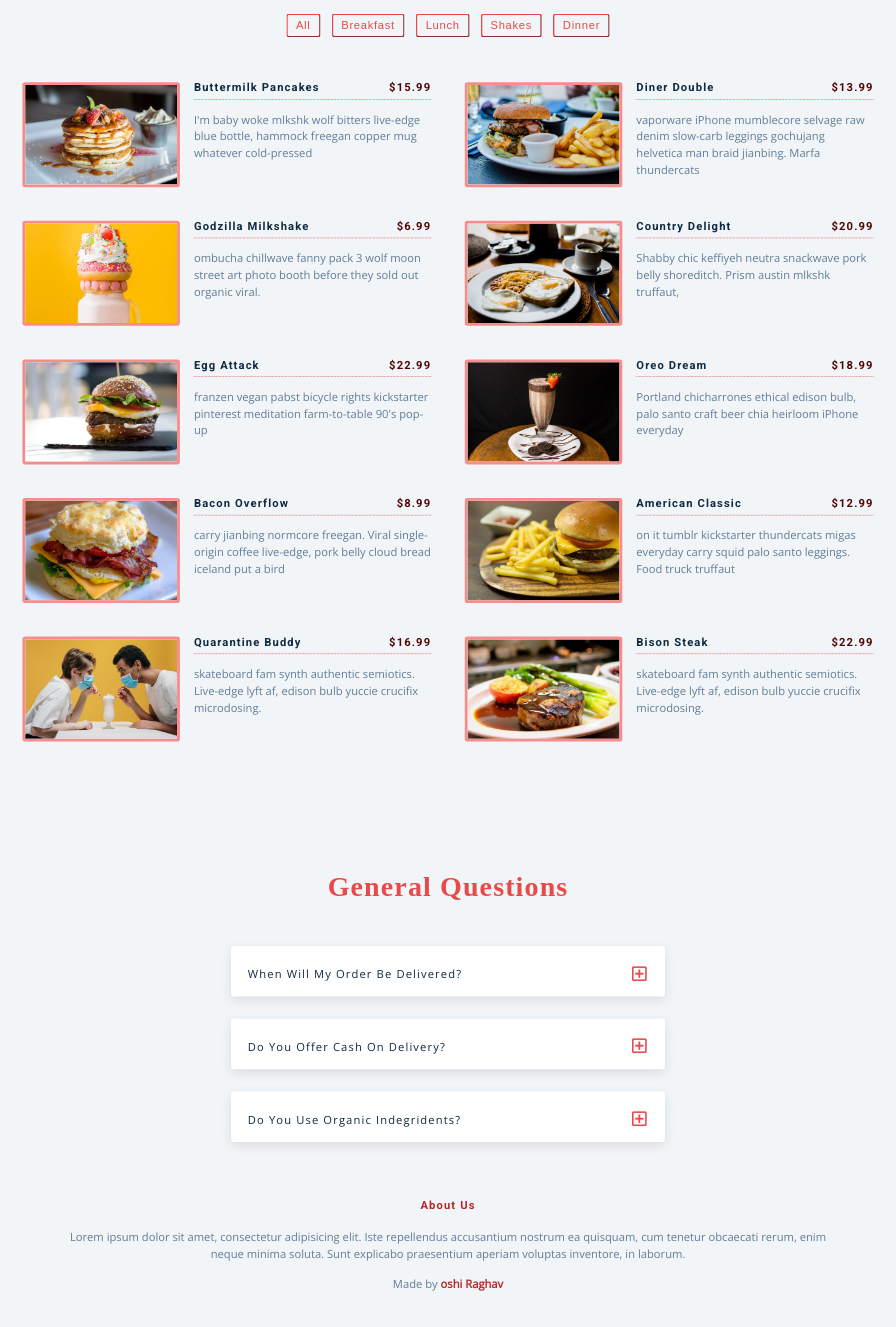
Repository: xoshiraghavx/Food-you
Page: index.html
An editor plug-in stored every save of this project. The page is shown before and after a run of saves, followed by the edit.
The browser window is 1280 px wide. The pictures show the part of the page from y = 1009 to 2929 px (the page is 2905 px tall before and 2929 px after), at 70% of full size.
Some web libraries are served in a nearby version.

Above is the page before, as saved 2022-12-03 08:42:33.

### index.html
<!DOCTYPE html>
<html lang="en">
  <head>
    <meta charset="UTF-8" />
    <meta name="viewport" content="width=device-width, initial-scale=1.0" />
    <title>interior design</title>
    <!-- font-awesome -->
    <link
      rel="stylesheet"
      href="https://cdnjs.cloudflare.com/ajax/libs/font-awesome/5.14.0/css/all.min.css"
    />

    <!-- styles -->
    <link rel="stylesheet" href="styles.css" />
  </head>
  <body>
<nav>
  <div class="nav-center">
    <div class="nav-header">
      <div class="logo-div">
      <img src="./img/logo.png" alt="logo" class="logo">
      <div class="logo-name">
      <p><span id="color"><b>FOOD </b><br><i>& you</i></span></p>
    </div>
    </div>
      <button class="nav-toggle">
        <i class="fas fa-bars"></i>
      </button>
    </div>
    <!-- links -->
    <ul class="links">

      <li>
        <a href="index.html">home</a>
      </li>
      <li>
        <a href="about.html">about</a>
      </li>
      <li>
        <a href="contact.html">contact</a>
      </li>
    </ul>
    <!-- social media -->
    <ul class="social-icons">
      <li>
        <a href="https://www.facebook.com">
          <i class="fab fa-facebook"></i>
        </a>
      </li>
      <li>
        <a href="https://www.twitter.com">
          <i class="fab fa-twitter"></i>
        </a>
      </li>
      <li>
        <a href="https://www.twitter.com">
          <i class="fab fa-behance"></i>
        </a>
      </li>
      <li>
        <a href="https://www.linkedin.com">
          <i class="fab fa-linkedin"></i>
        </a>
      </li>
      <li>
        <a href="https://www.twitter.com">
          <i class="fab fa-sketch"></i>
        </a>
      </li>
    </ul>
  </div>
</nav>
<header class="hero">
  <div class="banner">
    <h2>Looking for some food!</h2>
    <button class="btn modal-btn">Order Now</button>
  </div>
</header>
<div class="modal-overlay">
  <div class="modal-container">
    <br>
    <h3>Title</h3>
    <p>Lorem ipsum dolor sit amet consectetur adipisicing elit. Illo deleniti eum mollitia distinctio! Nesciunt dolor minima animi esse officia! Recusandae? Lorem ipsum dolor sit amet consectetur, adipisicing elit. Aspernatur, hic.</p>
    <button class="close-btn">
      <i class="fas fa-times"> </i>
    </button>
  </div>
</div>
<section class="menu">
  <div class="title">
    <h2>Our Menu</h2>
    <div class="underline"></div>
  </div>
  <div class="btn-container">
    <!-- <button class="filter-btn" type="button" data-id="all">all</button>
    <button class="filter-btn" type="button"data-id="breakfast">breakfast</button>
    <button class="filter-btn" type="button" data-id="lunch">lunch</button>
    <button class="filter-btn" type="button" data-id="shakes">shakes</button> -->
  </div>
    <div class="section-center">
      <!-- <article class="menu-item">
        <img src="./menu-item.jpeg" class="photo" alt="menu item">
        <div class="item-info">
          <header>
            <h4>buttermilk pancakes</h4>
            <h4 class="price">Rs 600/-</h4>
          </header>
          <p class="item-text">Lorem ipsum, dolor sit amet consectetur adipisicing elit. Dolore totam aliquid ut eius architecto magni cumque explicabo voluptate, repudiandae harum.</p>
        </div>
      </article> -->
    </div>
</section>
<section class="questions">
  <div class="title">
    <h2>general questions</h2>
  </div>
  <div class="question-center">
    <article class="question">
      <div class="question-title">
      <p>When will my order be delivered?</p>
      <button type="button" class="question-btn">
        <span class="plus-icon">
      <i class="far fa-plus-square"></i>
        </span>

        <span class="minus-icon">
      <i class="far fa-minus-square"></i>
        </span>

      </button>
    </div>
    <div class="question-text">
      <p>Estimated delivery are given against each products. While sincere efforts are being made to deliver the products within the given time frame factors like, availability, festive seasons, courier delays are bound to happen. These factors are constantly monitored to keep any inordinate delays under control.</p>
    </div>
    </article>
    <article class="question">
      <div class="question-title">
      <p>Do you offer Cash on Delivery?</p>
      <button type="button" class="question-btn">
        <span class="plus-icon">
      <i class="far fa-plus-square"></i>
        </span>

        <span class="minus-icon">
      <i class="far fa-minus-square"></i>
        </span>

      </button>
    </div>
    <div class="question-text">
      <p>Yes. We offer Cash on Delivery which most of the other websites don't offer.</p>
    </div>
    </article>
    <article class="question">
      <div class="question-title">
      <p>do you use organic indegridents?</p>
      <button type="button" class="question-btn">
        <span class="plus-icon">
      <i class="far fa-plus-square"></i>
        </span>

        <span class="minus-icon">
      <i class="far fa-minus-square"></i>
        </span>

      </button>
    </div>
    <div class="question-text">
      <p>We deliver the products that are fresh and systems are kept in place to source the best products and safely consign them to you. We don't stock the products but place once we receive orders.</p>
    </div>
    </article>
  </div>
</section>
<!-- --------footer--------- -->
<section class="footer">
  <h4 id="color">About Us</h4>
  <p>Lorem ipsum dolor sit amet, consectetur adipisicing elit. Iste repellendus accusantium nostrum ea quisquam, cum tenetur obcaecati rerum, enim <br> neque minima soluta. Sunt explicabo praesentium aperiam voluptas inventore, in laborum.</p>
  <!-- <div class="icons">
      <i class="fas fa-facebook" aria-hidden="true"></i>
      <i class="fas fa-twitter" aria-hidden="true"></i>
      <i class="fa fa-instagram" aria-hidden="true"></i>
      <i class="fa fa-youtube" aria-hidden="true"></i>
  </div> -->
  <p>Made by <b id="color">oshi Raghav</b></p>
</section>
<!-- javascript -->
    <script src="app.js"></script>
  </body>
</html>

### styles.css
/*
===============
Fonts
===============
*/
@import url('https://fonts.googleapis.com/css?family=Open+Sans|Roboto:400,700&display=swap');

/*
===============
Variables
===============
*/

:root {
  /* dark shades of primary color*/
  --clr-primary-1: hsl(0, 86%, 17%);
  --clr-primary-2: hsl(0, 77%, 27%);
  --clr-primary-3: hsl(0, 72%, 37%);
  --clr-primary-4: hsl(0, 63%, 48%);
  /* primary/main color */
  --clr-primary-5: hsl(0, 78%, 60%);
  /* lighter shades of primary color */
  --clr-primary-6: hsl(0, 90%, 70%);
  --clr-primary-7: hsl(0, 90%, 76%);
  --clr-primary-8: hsl(0, 86%, 81%);
  --clr-primary-9: hsl(0, 90%, 88%);
  --clr-primary-10: hsl(0, 100%, 96%);
  /* darkest grey - used for headings */
  --clr-grey-1: hsl(209, 61%, 16%);
  --clr-grey-2: hsl(211, 39%, 23%);
  --clr-grey-3: hsl(209, 34%, 30%);
  --clr-grey-4: hsl(209, 28%, 39%);
  /* grey used for paragraphs */
  --clr-grey-5: hsl(210, 22%, 49%);
  --clr-grey-6: hsl(209, 23%, 60%);
  --clr-grey-7: hsl(211, 27%, 70%);
  --clr-grey-8: hsl(210, 31%, 80%);
  --clr-grey-9: hsl(212, 33%, 89%);
  --clr-grey-10: hsl(210, 36%, 96%);
  --clr-white: #fff;
  --clr-red-dark: hsl(360, 67%, 44%);
  --clr-red-light: hsl(360, 71%, 66%);
  --clr-green-dark: hsl(125, 67%, 44%);
  --clr-green-light: hsl(125, 71%, 66%);
  --clr-black: #222;
  --ff-primary: 'Roboto', sans-serif;
  --ff-secondary: 'Open Sans', sans-serif;
  --transition: all 0.3s linear;
  --spacing: 0.1rem;
  --radius: 0.25rem;
  --light-shadow: 0 5px 15px rgba(0, 0, 0, 0.1);
  --dark-shadow: 0 5px 15px rgba(0, 0, 0, 0.2);
  --max-width: 1170px;
  --fixed-width: 620px;
}
/*
===============
Global Styles
===============
*/

*,
::after,
::before {
  margin: 0;
  padding: 0;
  box-sizing: border-box;
}
body {
  font-family: var(--ff-secondary);
  background: var(--clr-grey-10);
  color: var(--clr-grey-1);
  line-height: 1.5;
  font-size: 0.875rem;
}
ul {
  list-style-type: none;
}
a {
  text-decoration: none;
}
img:not(.logo) {
  width: 100%;
}
img {
  display: block;
}
h1,
h2,
h3,
h4 {
  letter-spacing: var(--spacing);
  text-transform: capitalize;
  line-height: 1.25;
  margin-bottom: 0.75rem;
  font-family: var(--ff-primary);
}
h1 {
  font-size: 3rem;
}
h2 {
  font-size: 2rem;
}
h3 {
  font-size: 1.25rem;
}
h4 {
  font-size: 0.875rem;
}
p {
  margin-bottom: 1.25rem;
  color: var(--clr-grey-5);
}
@media screen and (min-width: 800px) {
  h1 {
    font-size: 4rem;
  }
  h2 {
    font-size: 2.5rem;
  }
  h3 {
    font-size: 1.75rem;
  }
  h4 {
    font-size: 1rem;
  }
  body {
    font-size: 1rem;
  }
  h1,
  h2,
  h3,
  h4 {
    line-height: 1;
  }
}
/*  global classes */
.btn {
  text-transform: uppercase;
  background: transparent;
  color: var(--clr-black);
  padding: 0.375rem 0.75rem;
  letter-spacing: var(--spacing);
  display: inline-block;
  transition: var(--transition);
  font-size: 0.875rem;
  border: 2px solid var(--clr-black);
  cursor: pointer;
  box-shadow: 0 1px 3px rgba(0, 0, 0, 0.2);
  border-radius: var(--radius);
}
.btn:hover {
  color: var(--clr-white);
  background: var(--clr-black);
}
/* section */
.section {
  padding: 5rem 0;
}


@media screen and (min-width: 992px) {
  .section-center .question-center {
    width: 95vw;
  }
}
main {
  min-height: 100vh;
  display: grid;
  place-items: center;
}

/*
===============
Navbar
===============
*/
nav {
  background: var(--clr-white);
  box-shadow: var(--light-shadow);
  position: fixed;
  width: 100%;
}
.nav-header {
  display: flex;
  align-items: center;
  justify-content: space-between;
  padding: 1rem;
}
.nav-toggle {
  font-size: 1.5rem;
  color: var(--clr-primary-5);
  background: transparent;
  border-color: transparent;
  transition: var(--transition);
  cursor: pointer;
}
.nav-toggle:hover {
  color: var(--clr-primary-1);
  transform: rotate(90deg);
}
.logo-div{
  display: flex;
}
.logo {
  height: 90px;
  width: 90px;
}
.logo-name{
  margin-top: 20px;
}
#color{
  color: var(--clr-red-dark);

}
.links a {
  color: var(--clr-grey-3);
  font-size: 1rem;
  text-transform: capitalize;
  letter-spacing: var(--spacing);
  display: block;
  padding: 0.5rem 1rem;
  transition: var(--transition);
}
.links a:hover {
  background: var(--clr-primary-8);
  color: var(--clr-primary-5);
  padding-left: 1.5rem;
}
.social-icons {
  display: none;
}
.links {
  height: 0;
  overflow: hidden;
  transition: var(--transition);
}
.show-links {
  height: 10rem;
}
@media screen and (min-width: 800px) {
  .nav-center {
    max-width: 1170px;
    margin: 0 auto;
    display: flex;
    align-items: center;
    justify-content: space-between;
    padding: 1rem;
  }
  .nav-header {
    padding: 0;
  }
  .nav-toggle {
    display: none;
  }
  .links {
    height: auto;
    display: flex;
  }
  .links a {
    padding: 0;
    margin: 0 0.5rem;
  }
  .links a:hover {
    padding: 0;
    background: transparent;
  }

  .social-icons {
    display: flex;
  }
  .social-icons a {
    margin: 0 0.5rem;
    color: var(--clr-primary-4);
    transition: var(--transition);
  }
  .social-icons a:hover {
    color: var(--clr-primary-7);
  }
}
/* modal css  */
.hero {
  height: 100vh;
  background: linear-gradient(rgba(4, 9, 30, 0.421),rgba(4, 9, 30, 0.421)),url("https://discovertemplate.com/wp-content/uploads/2020/11/DT_G62_Food-drink-Animated-GIF-Icon-Pack.gif") center/cover no-repeat;
  display: grid;
  place-items: center;
}
.banner {
  background: var(--clr-white);
  padding: 4rem 0;
  border-radius: var(--radius);
  box-shadow: var(--light-shadow);
  text-align: center;
  width: 90vw;
  max-width: var(--fixed-width);
}
.modal-btn {
  margin-top: 2rem;
  background: var(--clr-primary-5);
  border-color: var(--clr-primary-5);
  color: var(--clr-white);
}
.modal-btn:hover {
  background: transparent;
  color: var(--clr-primary-5);
}
.modal-overlay {
  position: fixed;
  top: 0;
  left: 0;
  width: 100%;
  height: 100%;
  background: hsla(209, 61%, 16%, 0.77);
  display: grid;
  place-items: center;
  transition: var(--transition);
  visibility: hidden;
  z-index: -10;
}
/* OPEN/CLOSE MODAL */
.open-modal {
  visibility: visible;
  z-index: 10;
}
.modal-container {
  background: var(--clr-white);
  border-radius: var(--radius);
  width: 90vw;
  height: 30vh;
  max-width: var(--fixed-width);
  text-align: center;
  display: grid;
  place-items: center;
  position: relative;
}
.close-btn {
  position: absolute;
  top: 1rem;
  right: 1rem;
  font-size: 2rem;
  background: transparent;
  border-color: transparent;
  color: var(--clr-red-dark);
  cursor: pointer;
  transition: var(--transition);
}
.close-btn:hover {
  color: var(--clr-red-light);
  transform: scale(1.3);
}
/* menu css */

.menu {
  padding: 5rem 0;
}
.title {
  text-align: center;
  margin-bottom: 2rem;
}
.underline {
  width: 5rem;
  height: 0.25rem;
  background: var(--clr-primary-8);
  margin-left: auto;
  margin-right: auto;
}
.btn-container {
  margin-bottom: 4rem;
  display: flex;
  justify-content: center;
}
.filter-btn {
  background: transparent;
  border-color: var(--clr-primary-5);
  font-size: 1rem;
  text-transform: capitalize;
  margin: 0 0.5rem;
  letter-spacing: 1px;
  border-radius: var(--radius);
  padding: 0.375rem 0.75rem;
  color: var(--clr-primary-5);
  cursor: pointer;
  transition: var(--transition);
}
.filter-btn:hover {
  background: var(--clr-primary-5);
  color: var(--clr-white);
}
.section-center .question-center{
  width: 90vw;
  max-width: 1170px;
}
.section-center{
  display: grid;
  margin: 0 auto;
  gap: 3rem 3rem;
  justify-items: center;
}
.menu-item {
  display: grid;
  gap: 1rem 2rem;
  max-width: 25rem;
}
.photo {
  object-fit: cover;
  height: 200px;
  border: 0.25rem solid var(--clr-primary-7);
  border-radius: var(--radius);
}
.item-info header {
  display: flex;
  justify-content: space-between;
  border-bottom: 0.5px dotted var(--clr-primary-5);
}
.item-info h4 {
  margin-bottom: 0.5rem;
}
.price {
  color: var(--clr-primary-1);
}
.item-text {
  margin-bottom: 0;
  padding-top: 1rem;
}

@media screen and (min-width: 768px) {
  .menu-item {
    grid-template-columns: 225px 1fr;
    gap: 0 1.25rem;
    max-width: 40rem;
  }
  .photo {
    height: 175px;
  }
}
@media screen and (min-width: 1200px) {
  .section-center {
    width: 95vw;
    grid-template-columns: 1fr 1fr;
  }
  .photo {
    height: 150px;
  }
}

/*
===============
Questions
===============
*/
.title {
  margin-top: 15vh;
  margin-bottom: 4rem;
}
.title h2 {
  color: var(--clr-primary-5);
  font-family: "Great Vibes", cursive;
  text-align: center;
}
.question-center {
  max-width: var(--fixed-width);
  margin: 0 auto;
}
.question {
  background: var(--clr-white);
  border-radius: var(--radius);
  box-shadow: var(--light-shadow);
  padding: 1.5rem 1.5rem 0 1.5rem;
  margin-bottom: 2rem;
}
.question-title {
  display: flex;
  justify-content: space-between;
  align-items: center;
  text-transform: capitalize;
  padding-bottom: 1rem;
}
.question-title p {
  margin-bottom: 0;
  letter-spacing: var(--spacing);
  color: var(--clr-grey-1);
}
.question-btn {
  font-size: 1.5rem;
  background: transparent;
  border-color: transparent;
  cursor: pointer;
  color: var(--clr-primary-5);
  transition: var(--transition);
}
.question-btn:hover {
  transform: rotate(90deg);
}
.question-text {
  padding: 1rem 0 1.5rem 0;
  border-top: 1px solid rgba(0, 0, 0, 0.2);
}
.question-text p {
  margin-bottom: 0;
}
/* hide text */
.question-text {
  display: none;
}
.show-text .question-text {
  display: block;
}
.minus-icon {
  display: none;
}
.show-text .minus-icon {
  display: inline;
}
.show-text .plus-icon {
  display: none;
}
/* ---------footer----------- */
.footer{
  width: 100%;
  text-align: center;
  padding: 30px 0;
}
.footer h4{
  margin-bottom: 25px;
  margin-top: 20px;
  font-weight: 600;
}
/* .icons .fa{
  color: #f44336;
  margin: 0 13px;
  cursor: pointer;
  padding: 18px 0;
}
.fa-heart-o{
  color: #f44336;
} */

### app.js
// // classList - shows/gets all classes
// // contains - checks classList for specific class
// // add - add class
// // remove - remove class
// // toggle - toggles class

const navToggle = document.querySelector(".nav-toggle");
const links = document.querySelector(".links");

navToggle.addEventListener('click', () =>{
    links.classList.toggle("show-links")
})


// // modal js

const modalBtn = document.querySelector(".modal-btn");
const modal      = document.querySelector(".modal-overlay");
const closeBtn = document.querySelector(".close-btn");

modalBtn.addEventListener('click',() =>{
    modal.classList.add('open-modal');
})
closeBtn.addEventListener('click',() =>{
    modal.classList.remove('open-modal');
})
//menu
const menu = [
    {
      id: 1,
      title: "buttermilk pancakes",
      category: "breakfast",
      price: 15.99,
      img: "./img/item-1.jpeg",
      desc: `I'm baby woke mlkshk wolf bitters live-edge blue bottle, hammock freegan copper mug whatever cold-pressed `,
    },
    {
      id: 2,
      title: "diner double",
      category: "lunch",
      price: 13.99,
      img: "./img/item-2.jpeg",
      desc: `vaporware iPhone mumblecore selvage raw denim slow-carb leggings gochujang helvetica man braid jianbing. Marfa thundercats `,
    },
    {
      id: 3,
      title: "godzilla milkshake",
      category: "shakes",
      price: 6.99,
      img: "./img/item-3.jpeg",
      desc: `ombucha chillwave fanny pack 3 wolf moon street art photo booth before they sold out organic viral.`,
    },
    {
      id: 4,
      title: "country delight",
      category: "breakfast",
      price: 20.99,
      img: "./img/item-4.jpeg",
      desc: `Shabby chic keffiyeh neutra snackwave pork belly shoreditch. Prism austin mlkshk truffaut, `,
    },
    {
      id: 5,
      title: "egg attack",
      category: "lunch",
      price: 22.99,
      img: "./img/item-5.jpeg",
      desc: `franzen vegan pabst bicycle rights kickstarter pinterest meditation farm-to-table 90's pop-up `,
    },
    {
      id: 6,
      title: "oreo dream",
      category: "shakes",
      price: 18.99,
      img: "./img/item-6.jpeg",
      desc: `Portland chicharrones ethical edison bulb, palo santo craft beer chia heirloom iPhone everyday`,
    },
    {
      id: 7,
      title: "bacon overflow",
      category: "breakfast",
      price: 8.99,
      img: "./img/item-7.jpeg",
      desc: `carry jianbing normcore freegan. Viral single-origin coffee live-edge, pork belly cloud bread iceland put a bird `,
    },
    {
      id: 8,
      title: "american classic",
      category: "lunch",
      price: 12.99,
      img: "./img/item-8.jpeg",
      desc: `on it tumblr kickstarter thundercats migas everyday carry squid palo santo leggings. Food truck truffaut  `,
    },
    {
      id: 9,
      title: "quarantine buddy",
      category: "shakes",
      price: 16.99,
      img: "./img/item-9.jpeg",
      desc: `skateboard fam synth authentic semiotics. Live-edge lyft af, edison bulb yuccie crucifix microdosing.`,
    },
    {
      id: 10,
      title: "bison steak",
      category: "dinner",
      price: 22.99,
      img: "./img/item-10.jpeg",
      desc: `skateboard fam synth authentic semiotics. Live-edge lyft af, edison bulb yuccie crucifix microdosing.`,
    },
  ];
  // get parent element
  const sectionCenter = document.querySelector(".section-center");
  const btnContainer = document.querySelector(".btn-container");
  // display all items when page loads
  window.addEventListener("DOMContentLoaded", function () {
    diplayMenuItems(menu);
    displayMenuButtons();
  });

  function diplayMenuItems(menuItems) {
    let displayMenu = menuItems.map(function (item) {
      // console.log(item);

      return `<article class="menu-item">
            <img src=${item.img} alt=${item.title} class="photo" />
            <div class="item-info">
              <header>
                <h4>${item.title}</h4>
                <h4 class="price">$${item.price}</h4>
              </header>
              <p class="item-text">
                ${item.desc}
              </p>
            </div>
          </article>`;
    });
    displayMenu = displayMenu.join("");
    // console.log(displayMenu);

    sectionCenter.innerHTML = displayMenu;
  }
  function displayMenuButtons() {
    const categories = menu.reduce(
      function (values, item) {
        if (!values.includes(item.category)) {
          values.push(item.category);
        }
        return values;
      },
      ["all"]
    );
    const categoryBtns = categories
      .map(function (category) {
        return `<button type="button" class="filter-btn" data-id=${category}>
            ${category}
          </button>`;
      })
      .join("");

    btnContainer.innerHTML = categoryBtns;
    const filterBtns = btnContainer.querySelectorAll(".filter-btn");
    // console.log(filterBtns);

    filterBtns.forEach(function (btn) {
      btn.addEventListener("click", function (e) {
        // console.log(e.currentTarget.dataset);
        const category = e.currentTarget.dataset.id;
        const menuCategory = menu.filter(function (menuItem) {
          // console.log(menuItem.category);
          if (menuItem.category === category) {
            return menuItem;
          }
        });
        if (category === "all") {
          diplayMenuItems(menu);
        } else {
          diplayMenuItems(menuCategory);
        }
      });
    });
  }




// //questions css

const btns = document.querySelectorAll(".question-btn");

btns.forEach(function (btn) {
    btn.addEventListener('click', function (e) {
        const question =( e.currentTarget.parentElement.parentElement);
        question.classList.toggle("show-text");
    });
});

After the next 3 saves:
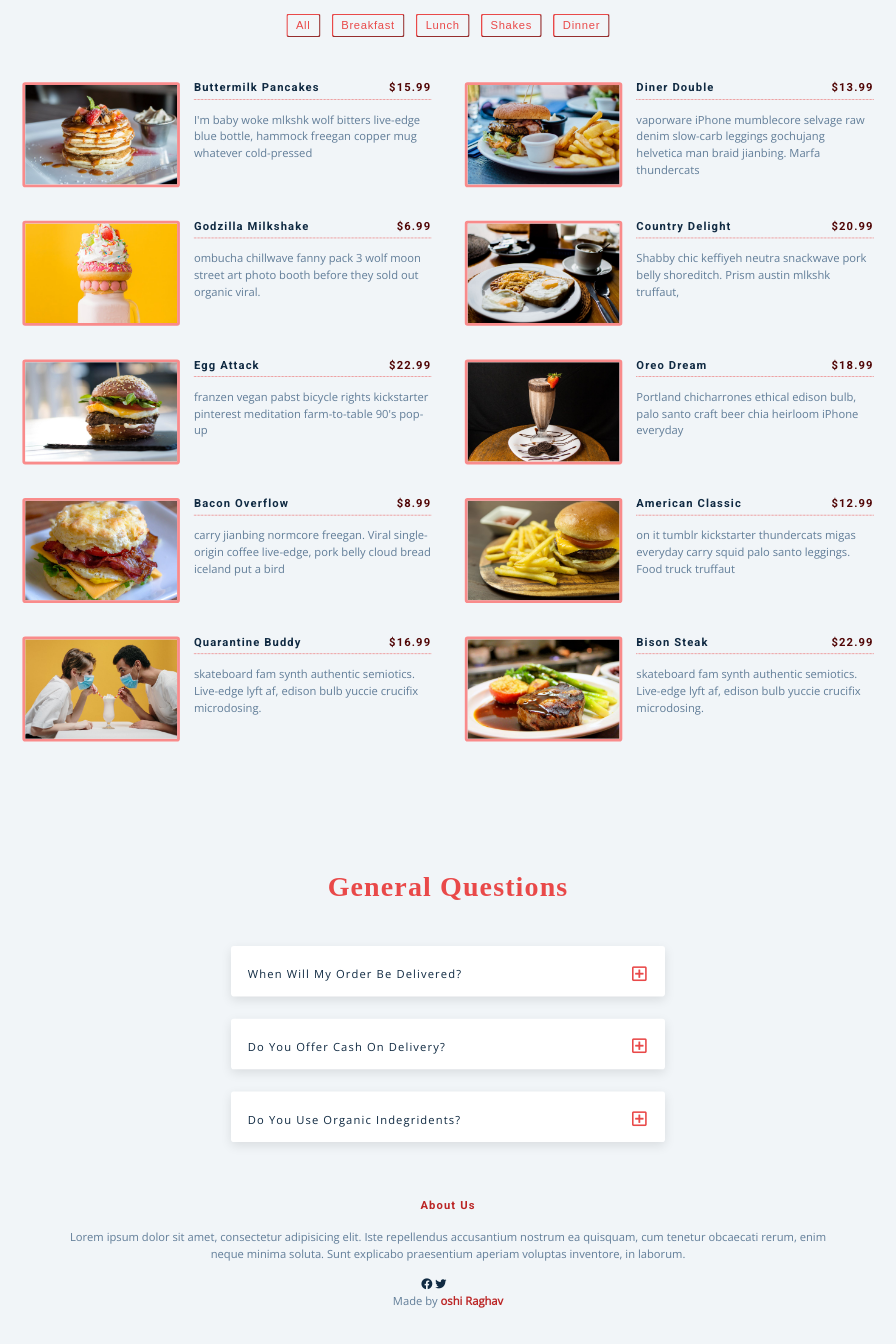
The 3 saves are shown as one change because they came seconds apart.
The last was saved 31 s later.
--- a/index.html
+++ b/index.html
@@ -175,12 +175,12 @@
 <section class="footer">
   <h4 id="color">About Us</h4>
   <p>Lorem ipsum dolor sit amet, consectetur adipisicing elit. Iste repellendus accusantium nostrum ea quisquam, cum tenetur obcaecati rerum, enim <br> neque minima soluta. Sunt explicabo praesentium aperiam voluptas inventore, in laborum.</p>
-  <!-- <div class="icons">
-      <i class="fas fa-facebook" aria-hidden="true"></i>
-      <i class="fas fa-twitter" aria-hidden="true"></i>
+  <div class="icons">
+      <i class="fab fa-facebook" aria-hidden="true"></i>
+      <i class="fab fa-twitter" aria-hidden="true"></i>
       <i class="fa fa-instagram" aria-hidden="true"></i>
       <i class="fa fa-youtube" aria-hidden="true"></i>
-  </div> -->
+  </div>
   <p>Made by <b id="color">oshi Raghav</b></p>
 </section>
 <!-- javascript -->
